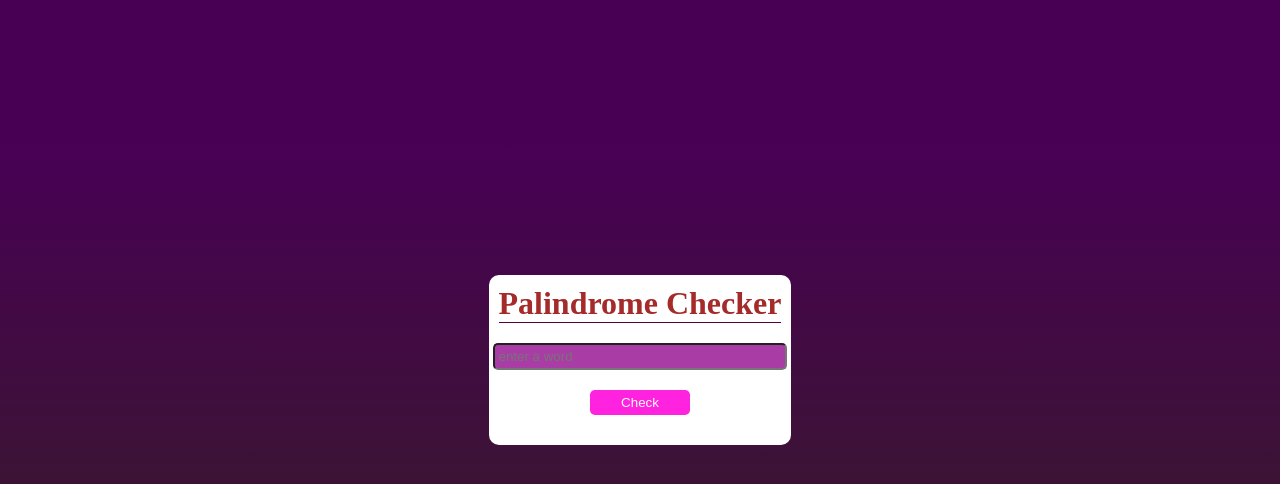
Repository: albinsabu2023/palindromeChecker
Page: index.html
The author's editor kept a copy of each file at every save. The page is drawn from the files as they stood at one save, then again after the next save.
The browser window is 1280 px wide. The pictures show the whole page.

Above is the page before, as saved 2023-09-12 01:29:20.

### index.html
<!DOCTYPE html>
<html lang="en">
<head>
    <meta charset="UTF-8">
    <meta name="viewport" content="width=device-width, initial-scale=1.0">
    <title>Document</title>
    <link rel="stylesheet" href="style.css">
</head>
<body>
    <div class="container">
        <h1>Palindrome Checker</h1>
        <input type="text" id="inputText" placeholder="enter a word">
        <button id="checkButton">Check</button>
        <div id="result">

        </div>
    </div>
    <script src="home.js"></script>
</body>
</html>

### style.css
*{
    margin:0;

}
body{
    display: flex;
    align-items: center;
    justify-content: center;
    height: 100vh;
    background:linear-gradient(rgb(72, 0, 85) 20%, rgb(58, 22, 48) 74%) ;
}
.container{
    padding: 10px;
    margin: 10px;
    background-color: white;
    border-radius: 10px;
    display: flex;
    flex-direction: column ;
    align-items: center;
    /* justify-content: center; */
    gap: 20px;

}
.container h1{
    color: brown;
    border-bottom: 1px solid rgb(85, 2, 62);
}
.container input{
    background-color: rgb(170, 60, 165);
    border-radius: 5px;
    padding: 4px;
    width: 100%;
}
.container input:focus{
    outline: none;
}
.container button{
    border: none;
    background-color: rgb(255, 34, 222);
    padding: 5px;
    width: 100px;
    border-radius: 5px;
    color: white;



}
.container button:hover{
    background-color: rgb(119, 29, 109);
}

Loaded but not shown: home.js (no copy from this time; the picture is the same without it)

After the next save:
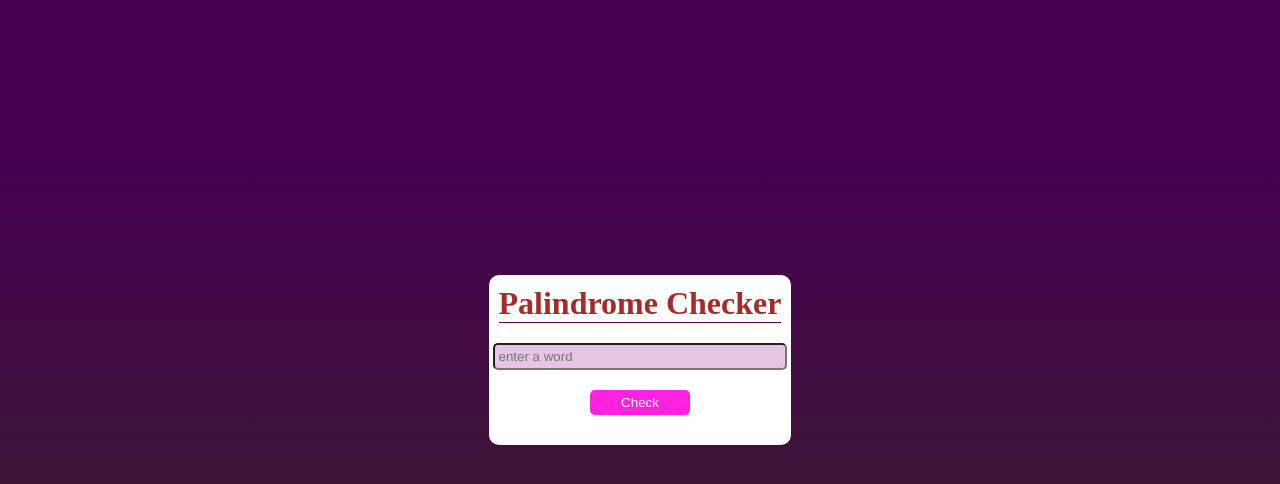
Saved 9 s later.
--- a/style.css
+++ b/style.css
@@ -26,7 +26,7 @@ body{
     border-bottom: 1px solid rgb(85, 2, 62);
 }
 .container input{
-    background-color: rgb(170, 60, 165);
+    background-color: rgb(170, 60, 165,30%);
     border-radius: 5px;
     padding: 4px;
     width: 100%;
